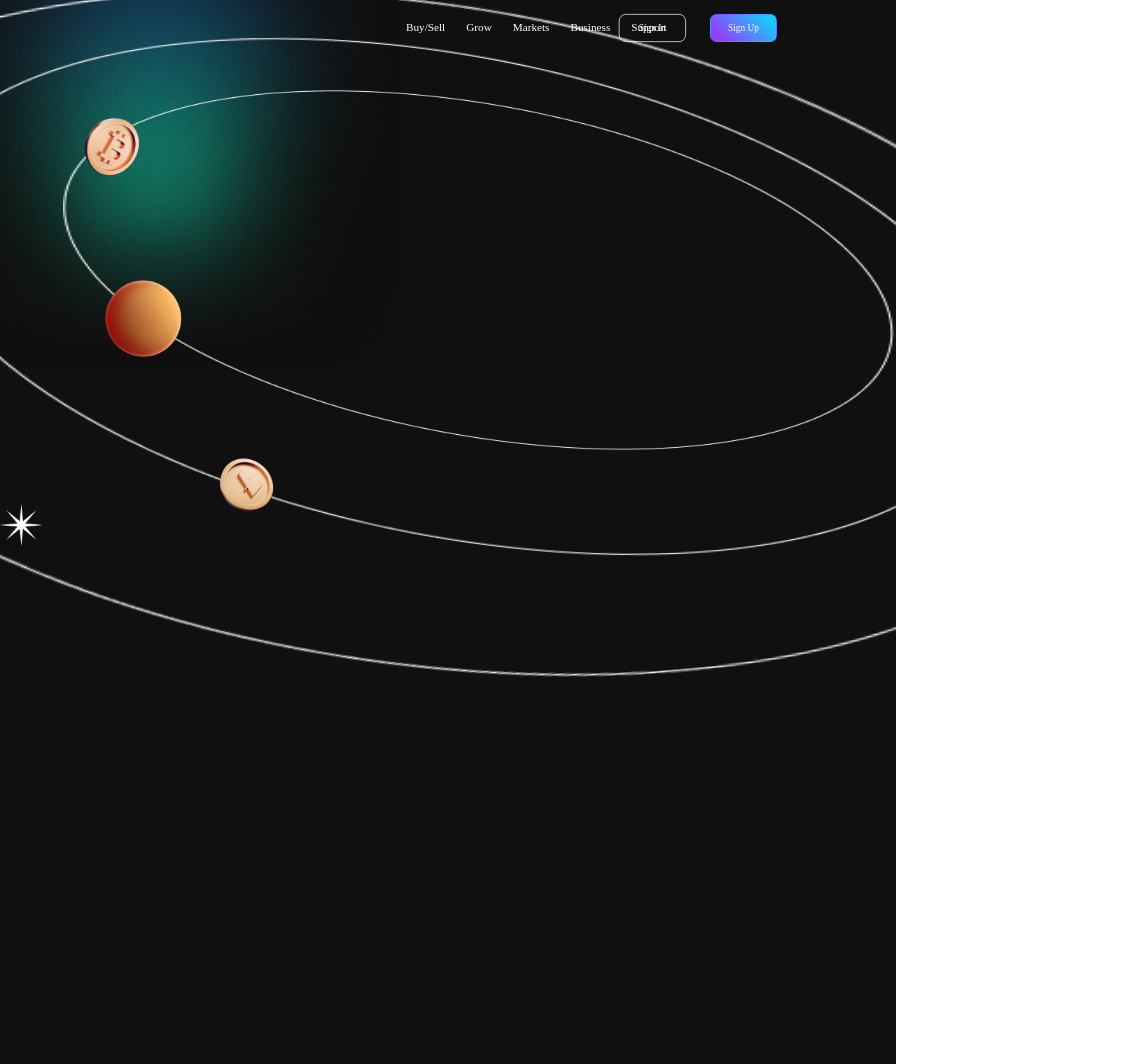
Repository: isaacCodes1/My-Crypto-Website
Page: index.html
These files come from the project's save history. The page is drawn as it stood at one moment and after the next save; the edit follows.
The browser window is 1280 px wide. The page is 1625 px wide, so the pictures cover 1625 px, including what lies to the right of the window. The pictures show the part of the page from y = 0 to 1520 px (the page is 7200 px tall), at 70% of full size.

Above is the page before, as saved 2024-05-16 10:48:12.

### index.html
<!DOCTYPE html>
<html lang="en">
<head>
    <meta charset="UTF-8">
    <meta name="viewport" content="width=device-width, initial-scale=1.0">
    <link rel="stylesheet" href="style.css">
    <title>Crypto Website.</title>
</head>
<body>
    <header>
        <nav>
            <div class="navGen">
                <div class="logoSec">
                    <img src="/images/float13.png" alt="" class="grad1">
                </div>
                <div class="lists">
                    <ul>
                        <li>Buy/Sell</li>
                        <li>Grow</li>
                        <li>Markets</li>
                        <li>Business</li>
                        <li>Support</li>
                    </ul>
                    <button id="in">Sign In</button>
                    <button id="up">Sign Up</button>
                </div>
            </div>
        </nav>
    </header>
    <section>
        <div class="landingGen">
            <div class="onlyDiv">
                <img id="e1" src="/images/Ellipse 2155.png" alt="">
                <img id="e2" src="/images/Ellipse 2156.png" alt="">
                <img src="/images/Ellipse 2157.png" alt="" id="e3">
                <img id="bit1" src="/images/float1.png" alt="">
                <img id="orange" src="/images/float3.png" alt="">
                <img id="lit1" src="/images/float4.png" alt="">
                <img id="star1" src="/images/float2.png" alt="">
            </div>
        </div>
    </section>
</body>
</html>

### style.css
*{
    margin: 0;
    padding: 0;
    box-sizing: border-box;
    font-family: 'Poppins';
}
body{
    width: 100%;
}
/* NavBar */
.navGen{
    /* display: flex; */
    background-color: #111010;
    width: 100%;
    height: 100vh;
}
.logoSec{
    display: flex;
    background-color: #111010;
    height: 1000vh;
    width: 100%;
    align-items: center;
    padding-top: 30px;
    gap: 20px;
}
.grad1{
    position: absolute;
    top: 0px;
    left: 0;
}
.lists ul{
    display: flex;
    list-style: none;
    gap: 30px;
    margin-left: 580px;
    color: #fff;
    position: absolute;
    top: 30px;
}
#in{
    background: transparent;
    border: 1px solid #fff;
    border-radius: 10px;
    width: 96px;
    height: 40px;
    color: #fff;
    position: absolute;
    right: 300px;
    top: 20px;
}
#up{
    background: linear-gradient(225deg, #18C8FF 14.89%, #933FFE 85.85%);
    border: 1px solid transparent;
    color: #fff;
    width: 96px;
    height: 40px;
    position: absolute;
    right: 170px;
    border-radius: 10px;
    top: 20px;
}

/* Landing Page */

.landingGen{
    display: flex;
}
#e1{
    position: absolute;
    width: 1187px;
    height: 514px;
    transform: rotate(-0deg);
    left: 90px;
    top: 129px;
}
#e2{
    position: absolute;
    width: 1550px;
    height: 748px;
    top: 50px;
    left: -124px;
    transform: rotate(-0.9deg);
}
#e3{
    position: absolute;
    width: 1990px;
    height: 1032px;
    top: -40px;
    left: -406px;
    right: 0px;
    transform: rotate(-5deg);
}
#bit1{
    position: absolute;
    top: 140px;
    left: 90px;
}
#orange{
    position: absolute;
    top: 400px;
    left: 150px;
}
#lit1{
    position: absolute;
    top: 620px;
    left: 280px;
}
#star1{
    position: absolute;
}

After the next save:
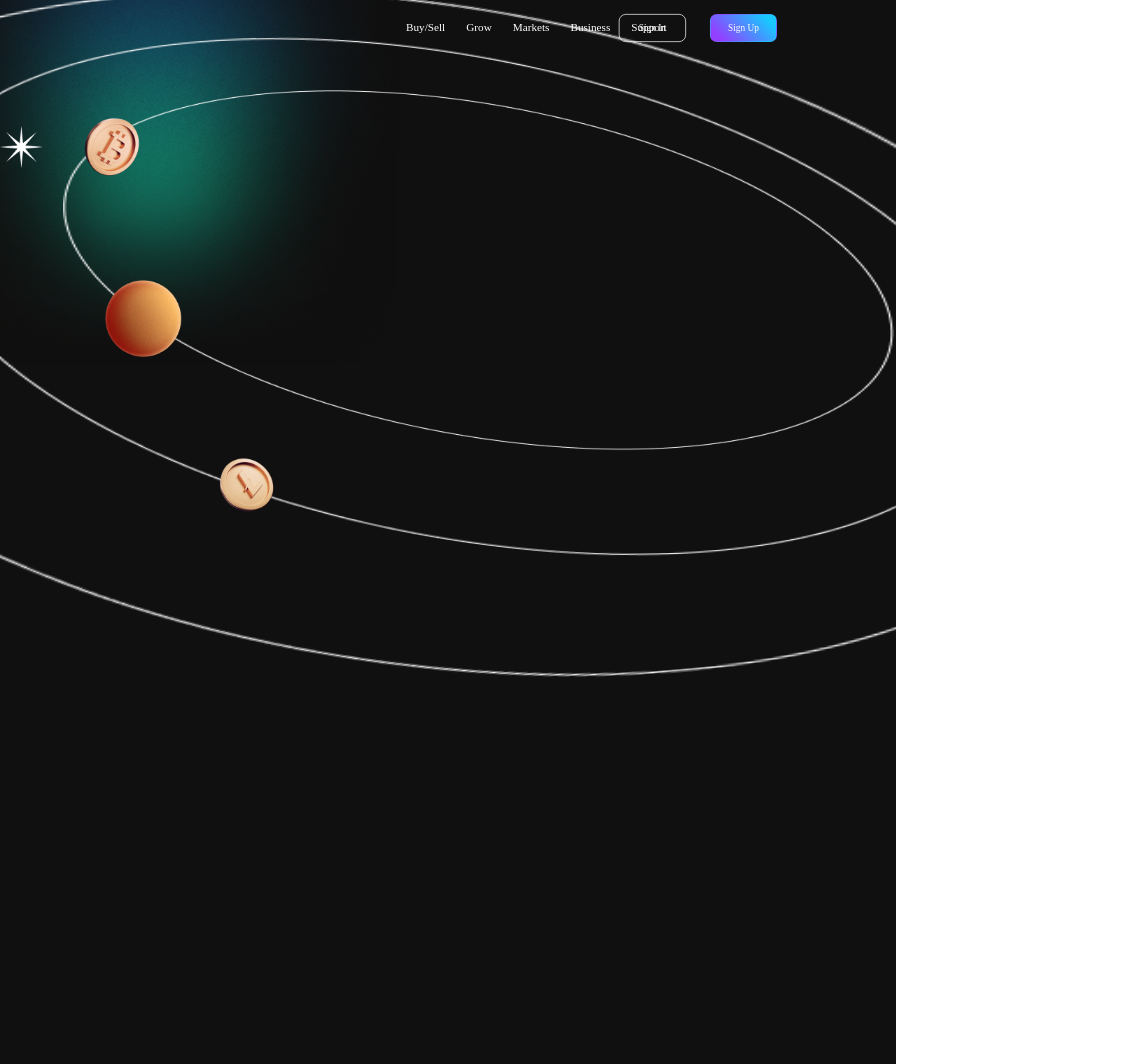
Saved 5 s later.
--- a/style.css
+++ b/style.css
@@ -107,4 +107,5 @@
 }
 #star1{
     position: absolute;
+    top: 180px;
 }
